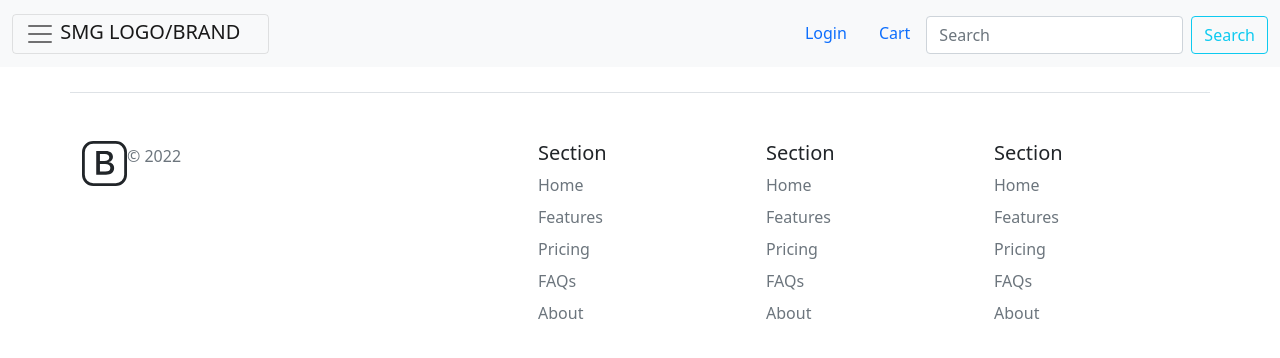
Repository: Tobias-1991/CST-339
Page: http://localhost/layouts/defaultLayout
An editor plug-in stored every save of this project. The page is shown before and after the next save, followed by the edit.
The browser window is 1280 px wide. The pictures show the whole page.
The page is this project's Thymeleaf template; nobody is signed in. The template is opened directly, without the code that normally fills it, so the values that code supplies are empty.

Above is the page before, as saved 2022-03-20 17:15:31.

### JavaProject/JavaProject/src/main/resources/templates/layouts/defaultLayout.html
<!DOCTYPE html>
<html lang="en">
  <head>
    <meta charset="UTF-8">
    <meta name="viewport" content="width=device-width, initial-scale=1.0">
    <meta http-equiv="X-UA-Compatible" content="ie=edge">
    <title>SMG</title>

    <!-- Bootsrap link -->
    <link href="/css/bootstrap.min.css" rel="stylesheet">

  </head>

  <body>
  	<!-- HEADER -->
  	<div th:replace="layouts/header :: header"></div >

  	<!-- CONTENT -->
  	<section layout:fragment="content" style="margin-top:20px;">Needs content</section>

  	<!-- FOOTER -->
  	<div th:replace="layouts/footer :: footer"></div >
	<script src="/js/bootstrap.min.js"></script>
  </body>



</html>

### JavaProject/JavaProject/src/main/resources/templates/layouts/header.html
<!-- Navigation Bar-->
<nav th:fragment="header" class="navbar navbar-light bg-light fixed-top">
  <div class="container-fluid">
  <button class="navbar-toggler" type="button" data-bs-toggle="offcanvas" data-bs-target="#offcanvasNavbar" aria-controls="offcanvasNavbar">
      <span class="navbar-toggler-icon"></span> <a class="navbar-brand" href="#">SMG LOGO/BRAND</a>
    </button>
    <div class="offcanvas offcanvas-start" tabindex="-1" id="offcanvasNavbar" aria-labelledby="offcanvasNavbarLabel">
      <div class="offcanvas-header">
        <h5 class="offcanvas-title" id="offcanvasNavbarLabel">SMG Shop</h5>
        <button type="button" class="btn-close text-reset" data-bs-dismiss="offcanvas" aria-label="Close"></button>
      </div>
      <div class="offcanvas-body">
        <ul class="navbar-nav justify-content-end flex-grow-1 pe-3">
		<li>
            <a class="nav-link active" aria-current="page" href="#"><h2>Home</h2></a>
        </li>
        <li class="nav-item">
            <a class="nav-link active" aria-current="page" href="#"><h3>Nintendo</h3></a>
        </li>
        <ul class="list-group list-group-flush">
		  <li class="list-group-item"><a class="nav-link" href="#">NES</a></li>
		  <li class="list-group-item"><a class="nav-link" href="#">Nintendo 64</a></li>
		  <li class="list-group-item"><a class="nav-link" href="#">GameCube</a></li>
		  <li class="list-group-item"><a class="nav-link" href="#">Wii</a></li>
		  <li class="list-group-item"><a class="nav-link" href="#">Wii U</a></li>
		</ul>
		<li class="nav-item">
            <a class="nav-link active" aria-current="page" href="#"><h3>Sega</h3></a>
        </li>
        <ul class="list-group list-group-flush">
		  <li class="list-group-item"><a class="nav-link" href="#">SG-1000 1-3</a></li>
		  <li class="list-group-item"><a class="nav-link" href="#">Genesis / Mega Drive</a></li>
		  <li class="list-group-item"><a class="nav-link" href="#">32X</a></li>
		  <li class="list-group-item"><a class="nav-link" href="#">Saturn</a></li>
		  <li class="list-group-item"><a class="nav-link" href="#">Dreamcast</a></li>
		</ul>
		<li class="nav-item">
            <a class="nav-link active" aria-current="page" href="#"><h3>PlayStation</h3></a>
        </li>
        <ul class="list-group list-group-flush">
		  <li class="list-group-item"><a class="nav-link" href="#">Playstation</a></li>
		  <li class="list-group-item"><a class="nav-link" href="#">PS One</a></li>
		  <li class="list-group-item"><a class="nav-link" href="#">Playstation 2</a></li>
		  <li class="list-group-item"><a class="nav-link" href="#">Playstation 3</a></li>
		</ul>
		<li class="nav-item">
            <a class="nav-link active" aria-current="page" href="#"><h3>Xbox</h3></a>
        </li>
        <ul class="list-group list-group-flush">
		  <li class="list-group-item"><a class="nav-link" href="#">Xbox</a></li>
		  <li class="list-group-item"><a class="nav-link" href="#">Xbox 360 </a></li>
		</ul>
        </ul>
      </div>
    </div>
    <ul class="nav mt-2 justify-content-end">
     <li class="nav-item">
     	<a class="nav-link" aria-current="page" href="/login"><h6>Login</h6></a>
     </li>
     <li class="nav-item">
     	<a class="nav-link" aria-current="page" href="#"><h6>Cart</h6></a>
     </li>
     <li class="nav-item">
    	<form class="d-flex">
          <input class="form-control me-2" type="search" placeholder="Search" aria-label="Search">
          <button class="btn btn-outline-info" type="submit">Search</button>
        </form>
    </li>
    </ul>
  </div>
</nav>
<!-- Body and HTML tag continues on other pages -->

### JavaProject/JavaProject/src/main/resources/templates/layouts/footer.html
<div th:fragment="footer" class="container">
<footer  class="row row-cols-5 py-5 my-5 border-top">
    <div class="col">
      <a href="/adminlogin" class="d-flex align-items-center mb-3 link-dark text-decoration-none">
        <svg xmlns="http://www.w3.org/2000/svg" width="45" height="45" fill="currentColor" class="bi bi-bootstrap" viewBox="0 0 16 16">
  <path d="M5.062 12h3.475c1.804 0 2.888-.908 2.888-2.396 0-1.102-.761-1.916-1.904-2.034v-.1c.832-.14 1.482-.93 1.482-1.816 0-1.3-.955-2.11-2.542-2.11H5.062V12zm1.313-4.875V4.658h1.78c.973 0 1.542.457 1.542 1.237 0 .802-.604 1.23-1.764 1.23H6.375zm0 3.762V8.162h1.822c1.236 0 1.887.463 1.887 1.348 0 .896-.627 1.377-1.811 1.377H6.375z"/>
  <path d="M0 4a4 4 0 0 1 4-4h8a4 4 0 0 1 4 4v8a4 4 0 0 1-4 4H4a4 4 0 0 1-4-4V4zm4-3a3 3 0 0 0-3 3v8a3 3 0 0 0 3 3h8a3 3 0 0 0 3-3V4a3 3 0 0 0-3-3H4z"/>
</svg>
      <p class="text-muted"> © 2022</p> </a>
    </div>

    <div class="col">

    </div>

    <div class="col">
      <h5>Section</h5>
      <ul class="nav flex-column">
        <li class="nav-item mb-2"><a href="#" class="nav-link p-0 text-muted">Home</a></li>
        <li class="nav-item mb-2"><a href="#" class="nav-link p-0 text-muted">Features</a></li>
        <li class="nav-item mb-2"><a href="#" class="nav-link p-0 text-muted">Pricing</a></li>
        <li class="nav-item mb-2"><a href="#" class="nav-link p-0 text-muted">FAQs</a></li>
        <li class="nav-item mb-2"><a href="#" class="nav-link p-0 text-muted">About</a></li>
      </ul>
    </div>

    <div class="col">
      <h5>Section</h5>
      <ul class="nav flex-column">
        <li class="nav-item mb-2"><a href="#" class="nav-link p-0 text-muted">Home</a></li>
        <li class="nav-item mb-2"><a href="#" class="nav-link p-0 text-muted">Features</a></li>
        <li class="nav-item mb-2"><a href="#" class="nav-link p-0 text-muted">Pricing</a></li>
        <li class="nav-item mb-2"><a href="#" class="nav-link p-0 text-muted">FAQs</a></li>
        <li class="nav-item mb-2"><a href="#" class="nav-link p-0 text-muted">About</a></li>
      </ul>
    </div>

    <div class="col">
      <h5>Section</h5>
      <ul class="nav flex-column">
        <li class="nav-item mb-2"><a href="#" class="nav-link p-0 text-muted">Home</a></li>
        <li class="nav-item mb-2"><a href="#" class="nav-link p-0 text-muted">Features</a></li>
        <li class="nav-item mb-2"><a href="#" class="nav-link p-0 text-muted">Pricing</a></li>
        <li class="nav-item mb-2"><a href="#" class="nav-link p-0 text-muted">FAQs</a></li>
        <li class="nav-item mb-2"><a href="#" class="nav-link p-0 text-muted">About</a></li>
      </ul>
    </div>
  </footer>
</div>

Loaded but not shown: JavaProject/JavaProject/src/main/resources/static/css/bootstrap.min.css (library); JavaProject/JavaProject/src/main/resources/static/js/bootstrap.min.js (library)

After the next save:
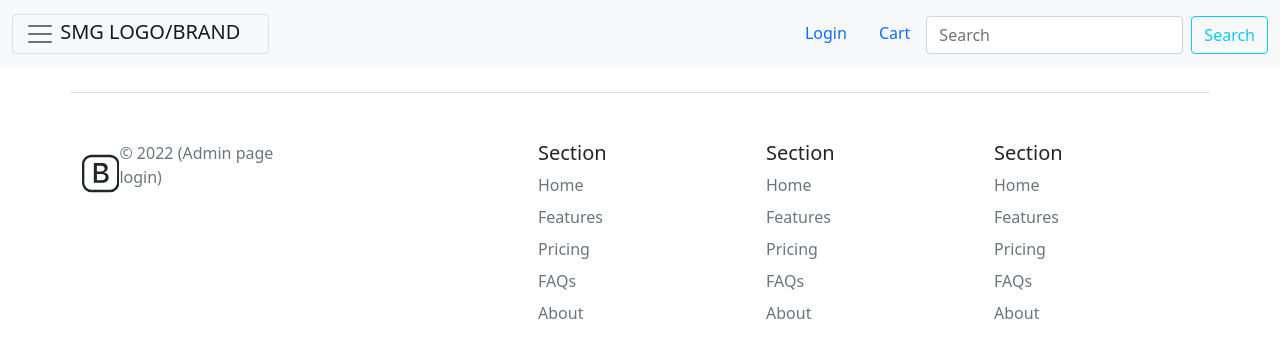
Saved 89 s later.
--- a/JavaProject/JavaProject/src/main/resources/templates/layouts/footer.html
+++ b/JavaProject/JavaProject/src/main/resources/templates/layouts/footer.html
@@ -6,7 +6,7 @@
   <path d="M5.062 12h3.475c1.804 0 2.888-.908 2.888-2.396 0-1.102-.761-1.916-1.904-2.034v-.1c.832-.14 1.482-.93 1.482-1.816 0-1.3-.955-2.11-2.542-2.11H5.062V12zm1.313-4.875V4.658h1.78c.973 0 1.542.457 1.542 1.237 0 .802-.604 1.23-1.764 1.23H6.375zm0 3.762V8.162h1.822c1.236 0 1.887.463 1.887 1.348 0 .896-.627 1.377-1.811 1.377H6.375z"/>
   <path d="M0 4a4 4 0 0 1 4-4h8a4 4 0 0 1 4 4v8a4 4 0 0 1-4 4H4a4 4 0 0 1-4-4V4zm4-3a3 3 0 0 0-3 3v8a3 3 0 0 0 3 3h8a3 3 0 0 0 3-3V4a3 3 0 0 0-3-3H4z"/>
 </svg>
-      <p class="text-muted"> © 2022</p> </a>
+      <p class="text-muted"> © 2022 (Admin page login)</p> </a>
     </div>
 
     <div class="col">
